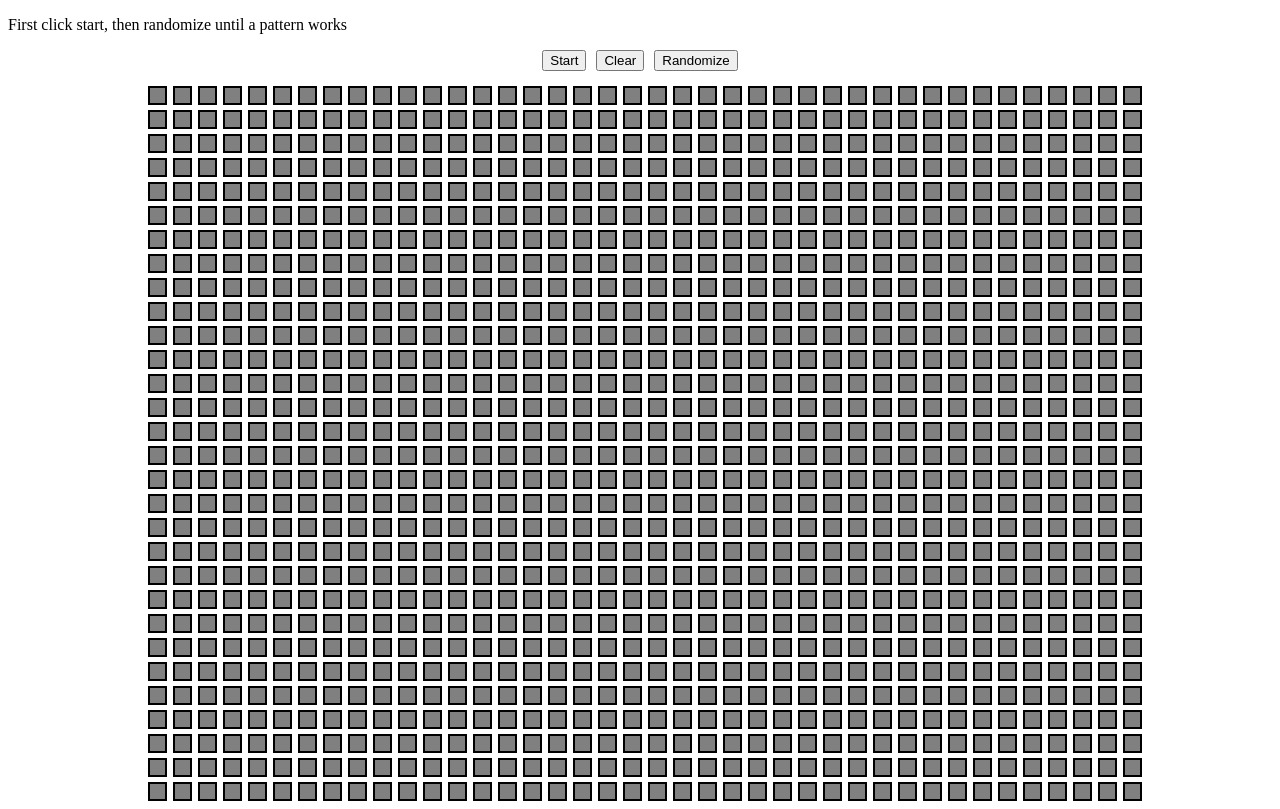
Repository: avanbussum/cellular-automata
Page: /
The author's editor kept a copy of each file at every save. The page is drawn from the files as they stood at one save, then again after the next save.
The browser window is 1280 px wide. The pictures show the whole page.
The project was rebuilt for these pictures with package versions that can differ from the ones it lists, and the page was loaded fresh each time.

Above is the page before, as saved 2023-04-29 01:41:37.

### src/App.js
import React, { useState, useCallback, useRef } from 'react'
import Produce from 'immer';

const numRows = 30;
const numCols = 40;

let rps = false;

// const cell = {alive: 0, type: 0, color: ''};
//const deadcell = {dead: 0, type: 0, color: ''};


const neighborCoordinates = [
  [0, 1],
  [0, -1],
  [1, 1],
  [1, -1],
  [-1, 0],
  [-1, 1],
  [-1, -1],
  [1, 0]
]

const resetGrid = () => {
  const rows = [];
  for (let i = 0; i < numRows; i++) {
    rows.push(Array.from(Array(numCols), () => { const cell = { alive: 0, type: '', color: 'purple' }; return (cell) }
    ))
  }
  console.log(rows.join(rows.type))
  return rows;
}

export const App = () => {
  const [grid, setGrid] = useState(() => {
    return resetGrid()
  });

  const [running, setRunning] = useState(false)

  const runningRef = useRef(running);
  runningRef.current = running

  const runSimulation = useCallback(() => {
    if (!runningRef.current) {
      return;
    }
    setGrid((grid) => {
      return Produce(grid, gridCopy => {
        for (let x = 0; x < numRows; x++) {
          for (let y = 0; y < numCols; y++) {
            let neighbors = 0;
            neighborCoordinates.forEach(([a, b]) => {
              const newX = x + a;
              const newY = y + b;

              if (newX >= 0 && newX < numRows && newY >= 0 && newY < numCols) {
                neighbors += grid[newX][newY].alive
              }
            })

            // "game of life - rules"

            // if (neighbors < 2 || neighbors > 3) {
            //   gridCopy[x][y].alive = 0;
            // } else if (grid[x][y].alive === 0 && neighbors === 3) {
            //   gridCopy[x][y].alive = 1;
            // }

            //"seeds"

            // if (grid[x][y].alive === 1 && neighbors === 2) {
            //   gridCopy[x][y].alive = 1;
            // } else if (grid[x][y].alive === 0 && neighbors === 2) {
            //   gridCopy[x][y].alive = 1;
            // } else {
            //   gridCopy[x][y].alive = 0;
            // }

            // "RPS"
            rps = true
            let r = 0;
            let p = 0;
            let s = 0;
            console.log(s)

            neighborCoordinates.forEach(([a, b]) => {
              const newX = x + a;
              const newY = y + b;

              if (newX >= 0 && newX < numRows && newY >= 0 && newY < numCols) {
                if (grid[newX][newY].type === 'scissors') s++;
                if (grid[newX][newY].type === 'rock') r++;
                if (grid[newX][newY].type === 'paper') p++;
              }
            })

            let cur = grid[x][y];
            if (cur.alive) {
              switch (cur.type) {
                case 'rock':
                  if (p>2) {
                    gridCopy[x][y].type = 'paper';
                    gridCopy[x][y].color = 'green';
                  }
                break;

                case 'paper':

                  if (s>2) {
                    gridCopy[x][y].type = 'scissors';
                    gridCopy[x][y].color = 'red';
                  }
                break;

                case 'scissors':
                  if (r>2) {
                    gridCopy[x][y].type = 'rock';
                    gridCopy[x][y].color = 'blue';
                  }
                break;
              }
            }



          }
        }
      });
    });


    setTimeout(runSimulation, 0.1);
  }, []);




  return (
    <>
    <p>First click start, then randomize until a pattern works</p>
    <div style={{
          display: 'flex',
          justifyContent: 'center',
          marginTop: '15px',
          gap:'10px'
        }}>
          <button
        onClick={() => {
          setRunning(!running);
          if (!running) {
            runningRef.current = true;
            runSimulation();
          }
        }}
      >
        {running ? 'Stop' : 'Start'}
      </button>
      <button onClick={() => setGrid(resetGrid())}>Clear</button>
      <button
        onClick={() => {
          const rows = [];

          for (let i = 0; i < numRows; i++) {
            rows.push(
              Array.from(Array(numCols), () => {
                const cell = { alive: 0, type: '', color: 'purple' };
                let prob = 0.4;
                if (rps === true) prob = 1
                if (Math.random() < prob) {
                  cell.alive = 1;
                }
                else {
                  cell.alive = 0;
                }

                if (rps === true) {
                  if (Math.random() < 1 / 3) {
                    cell.type = 'rock';
                    cell.color = 'blue'
                  }
                  else if (Math.random() > 2 / 3) {
                    cell.type = 'paper';
                    cell.color = 'green'

                  }
                  else {
                    cell.type = 'scissors';
                    cell.color = 'red'
                  }
                }

                return cell;
              })
            );
          }
          console.log(rows)
          setGrid(rows);
        }}
      >
        Randomize
      </button>
      </div>

      <div
        style={{
          display: 'grid',
          gridTemplateColumns: `repeat(${numCols}, 10px)`,
          rowGap: '5px',
          columnGap: '15px',
          justifyContent: 'center',
          marginTop: '15px',
        }}
      >
        {grid.map((rows, x) =>
          rows.map((col, y) => (
            <div
              onClick={() => {
                const newGrid = Produce(grid, (gridCopy) => {
                  gridCopy[x][y].alive = grid[x][y].alive ? 0 : 1;
                });
                setGrid(newGrid);
              }}
              key={`${x}-${y}`}
              style={{
                width: 15,
                height: 15,
                backgroundColor: grid[x][y].alive ? grid[x][y].color : 'gray',
                border: 'solid 2px black',
              }}
            />
          ))
        )}
      </div>
    </>
  );
}

export default App;

Loaded but not shown: public/index.html (common file); src/index.js (common file); src/reportWebVitals.js (common file)

After the next save:
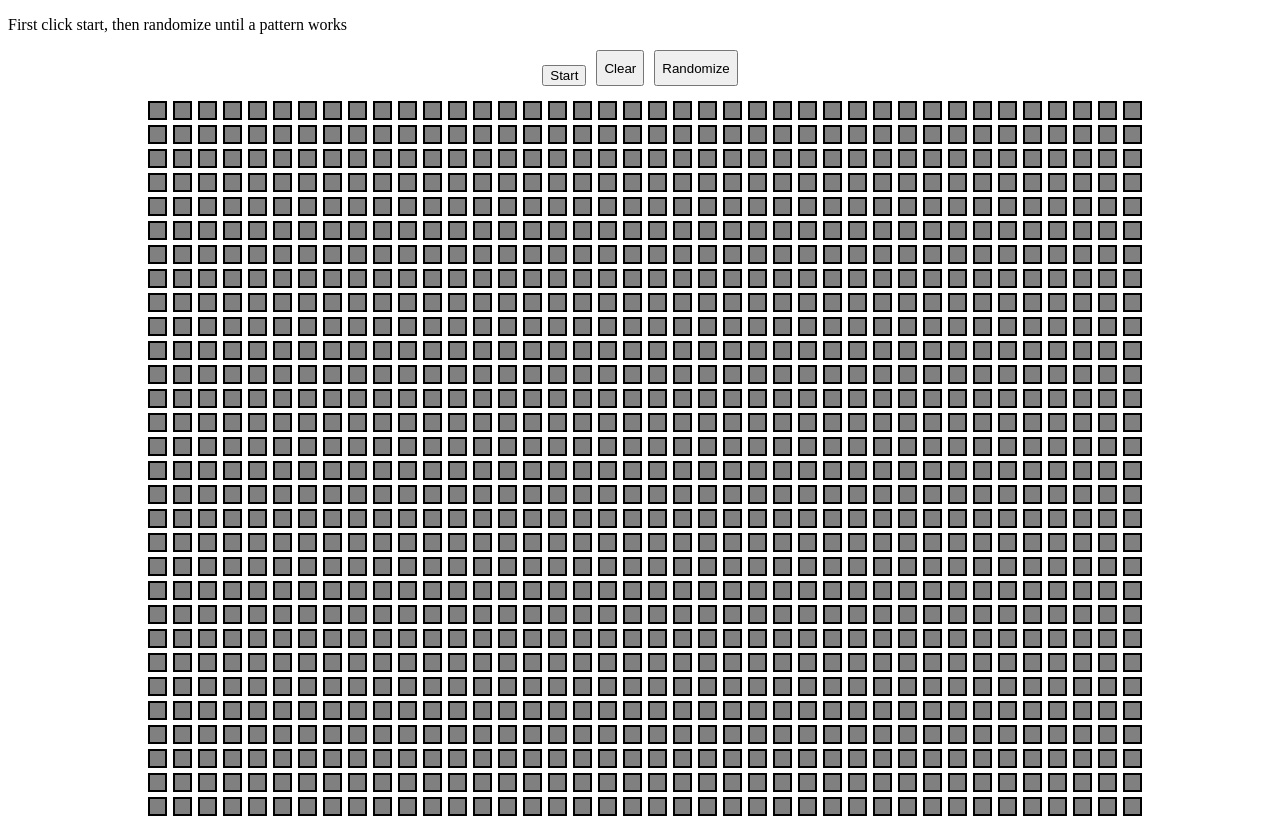
Saved 25 s later.
--- a/src/App.js
+++ b/src/App.js
@@ -146,6 +146,12 @@ export const App = () => {
           gap:'10px'
         }}>
           <button
+          style={{
+            display: 'flex',
+            justifyContent: 'center',
+            marginTop: '15px',
+            gap:'10px'
+          }}
         onClick={() => {
           setRunning(!running);
           if (!running) {
